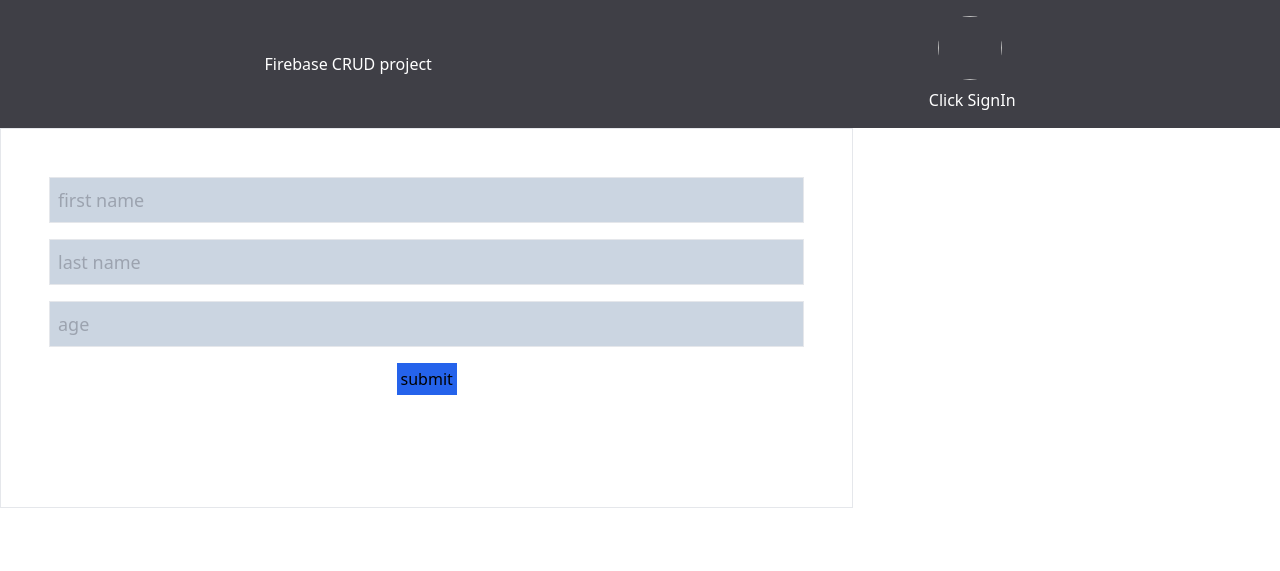
Repository: Semanmernstack/firebase-crud
Page: /
An editor plug-in stored every save of this project. The page is shown before and after a run of saves, followed by the edit.
The browser window is 1280 px wide. The pictures show the whole page.
The page's requests for data from a server got no answer. The project was rebuilt for these pictures with package versions that can differ from the ones it lists, and the page was loaded fresh each time. No one was signed in, and anything a server would have sent is missing. Also part of the build but not shown: src/components/Regform.js.

Above is the page before, as saved 2023-03-17 09:42:39.

After the next 2 saves:
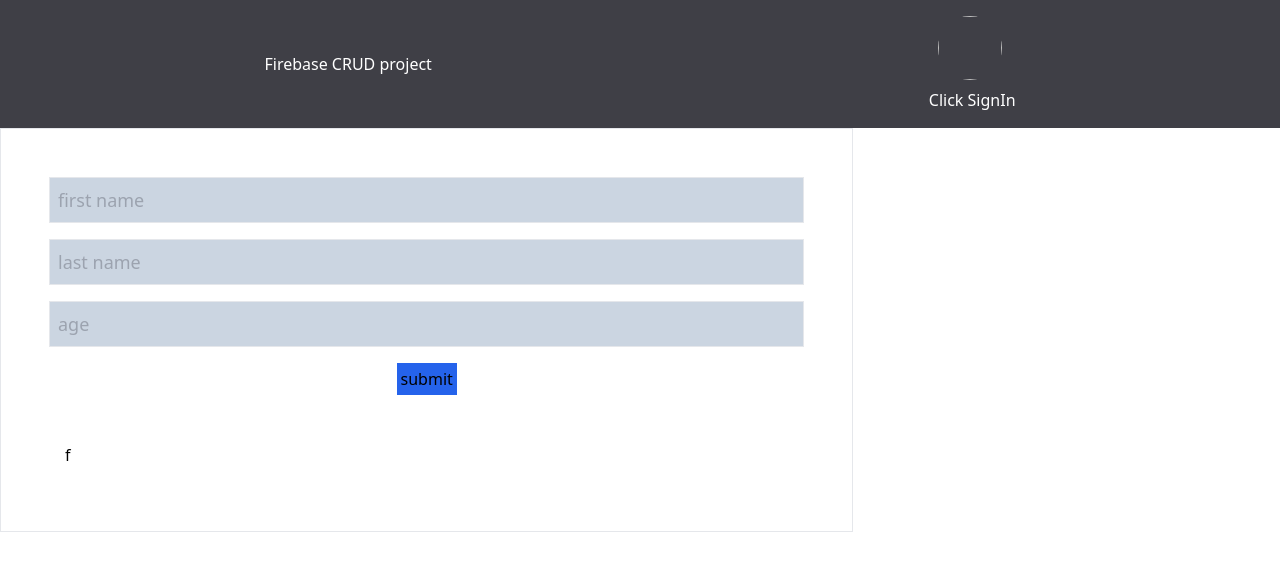
The 2 saves are shown as one change because 1 did not build or start.
The last was saved 69 s later.
--- a/src/components/Body.js
+++ b/src/components/Body.js
@@ -53,6 +53,7 @@ function Body() {
 
 
             ))}
+            <h1>f</h1>
 
 
         </div>
